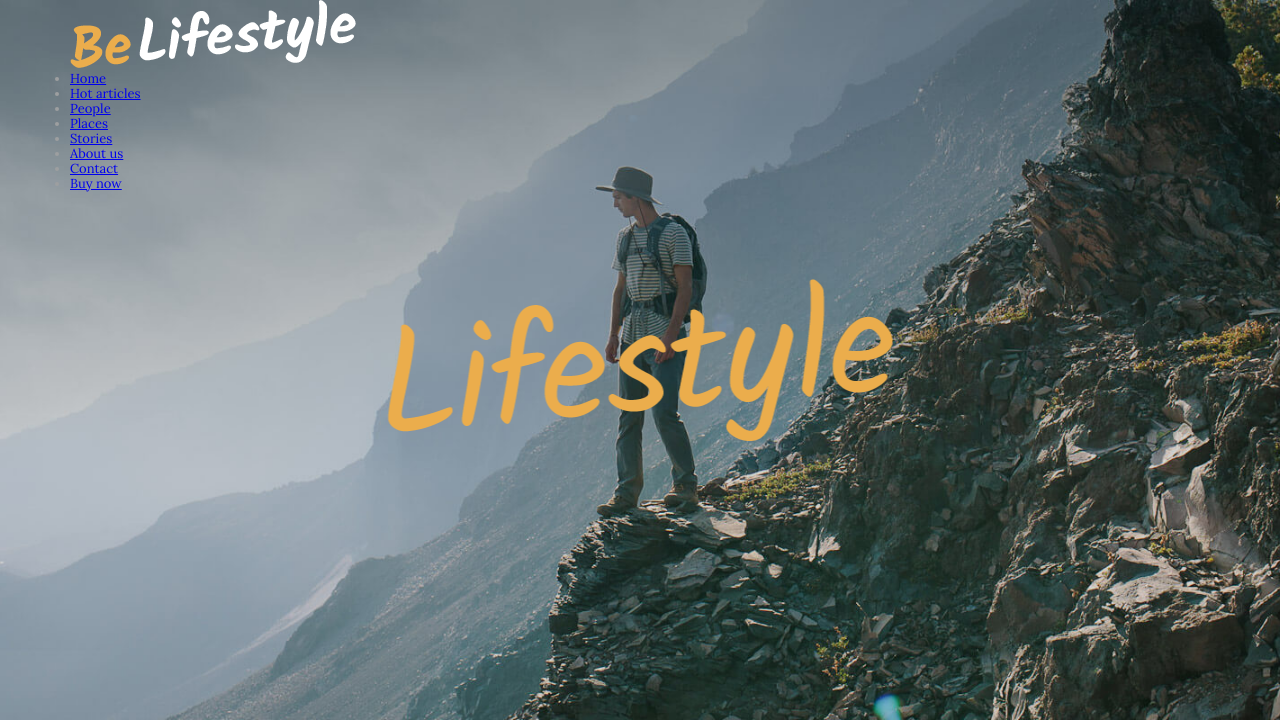
Repository: MalgorzataMazur/BeLife
Page: index.html
These files come from the project's save history. The page is drawn as it stood at one moment and after the next save; the edit follows.
The browser window is 1280 px wide. The pictures show the whole page.

Above is the page before, as saved 2019-10-30 11:17:39.

After the next save:
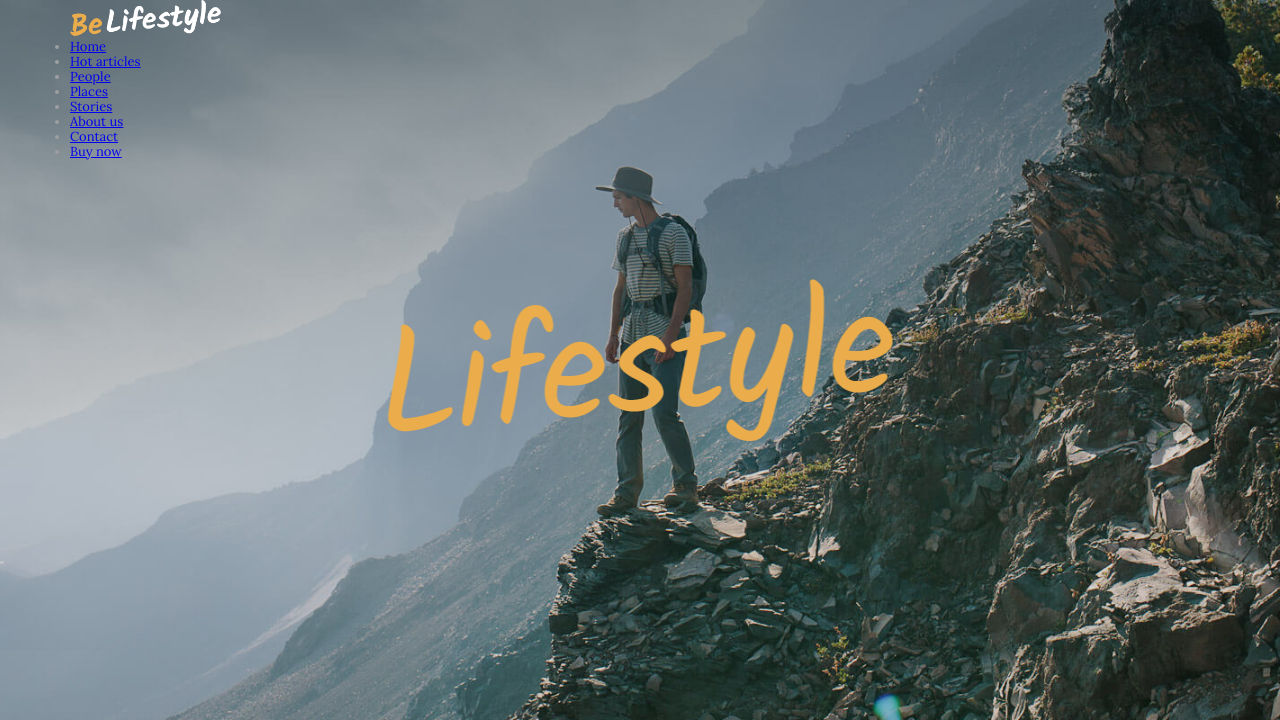
Saved 107 s later.
--- a/resources/css/style.css
+++ b/resources/css/style.css
@@ -44,5 +44,5 @@ header {
 }
 
 .logo {
-
+    height: 36px;
 }
